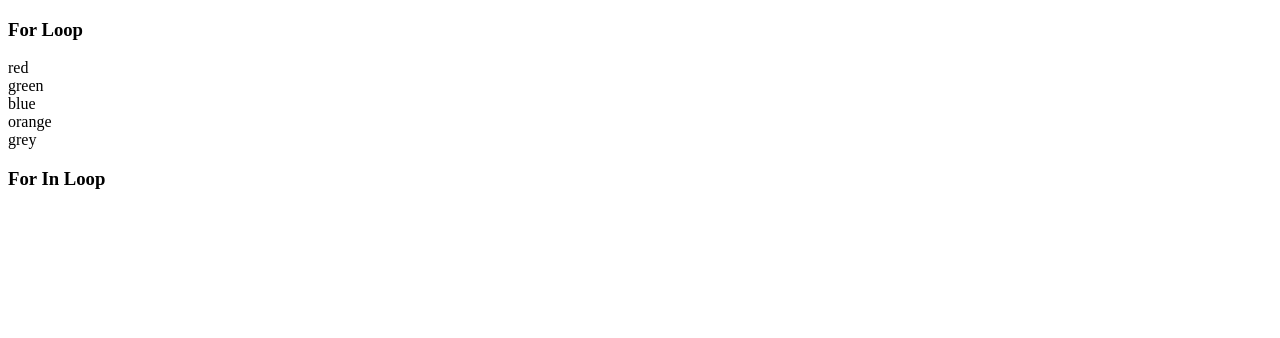
Repository: hsumyatm7308/es6batch1
Page: l3iteration.html
These files come from the project's save history. The page is drawn as it stood at one moment and after the next save; the edit follows.
The browser window is 1280 px wide. The pictures show the whole page.

Above is the page before, as saved 2023-12-03 21:10:50.

### l3iteration.html
<!DOCTYPE html>
<html lang="en">

<head>
    <meta charset="UTF-8">
    <meta name="viewport" content="width=device-width, initial-scale=1.0">
    <title>Iteration</title>
</head>

<body>

    <script type="text/javascript">
        // =>Array Call Back Method

        // forEach
        // map
        // filter
        // find
        // reduce
        // some
        // every

        // for(let x =0; x < array.length; x++){
        //     code to be executed
        // }

        // for (let key in obj){
        //     code to be executed
        // }

        // for (let value of array) {
        //  code to be executed
        // }

        document.write("<h3>For Loop</h3>")

        let mycolors = ["red","green","blue","orange","grey"];

        for (let x =0; x < mycolors.length; x++){
            document.write(mycolors[x]+"<br>");
        }


        document.write("<h3>For In Loop</h3>")

        let customers = {
            name:"Aung Aung",
            city:"Mandalay",
            parent:"U Ba",
            phone:"1234567"
        };


    </script>

</body>

</html>

After the next save:
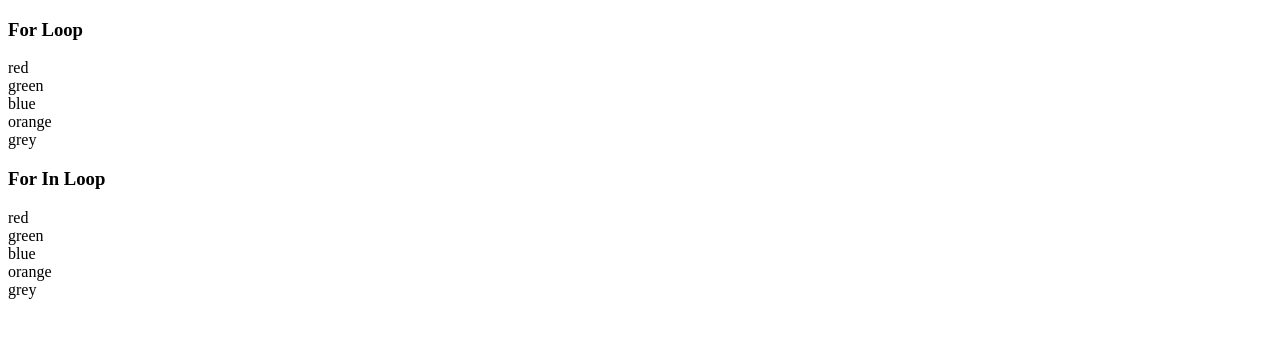
Saved 4 s later.
--- a/l3iteration.html
+++ b/l3iteration.html
@@ -50,6 +50,9 @@
             phone:"1234567"
         };
 
+        for (let x =0; x < mycolors.length; x++){
+            document.write(mycolors[x]+"<br>");
+        }
 
     </script>
 
